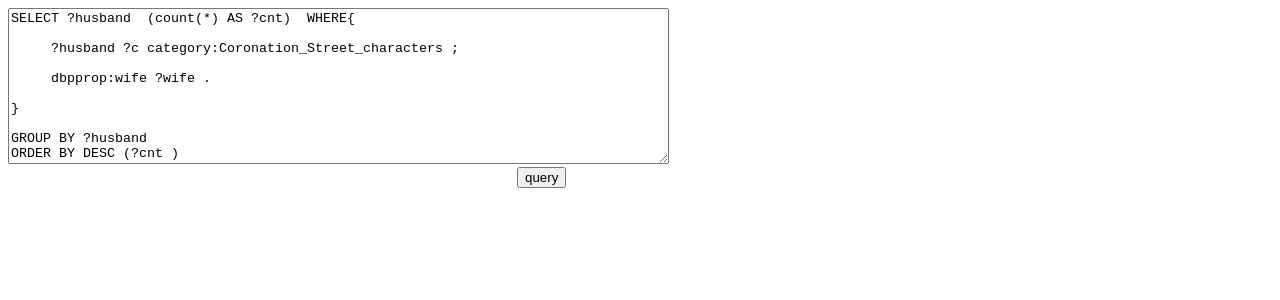
Repository: ds10/widgets-workspace
Page: DBpediawidget/src/index.html
These files come from the project's save history. The page is drawn as it stood at one moment and after the next save; the edit follows.
The browser window is 1280 px wide. The pictures show the whole page.

Above is the page before, as saved 2013-02-26 15:20:31.

After the next save:
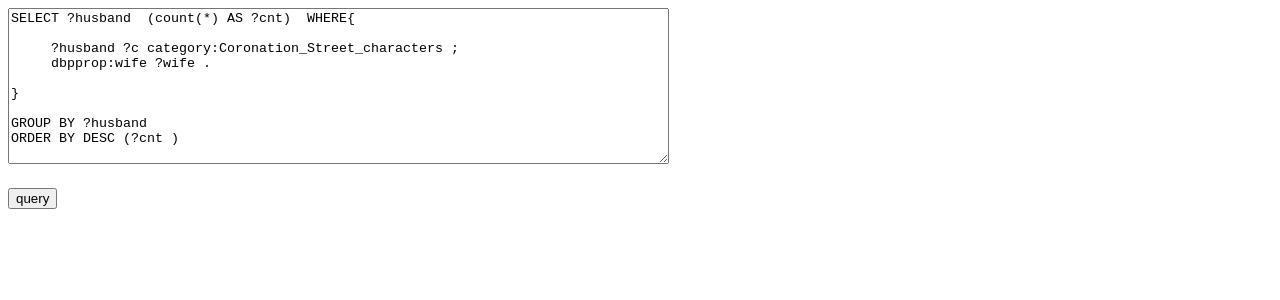
Saved 20 s later.
--- a/DBpediawidget/src/index.html
+++ b/DBpediawidget/src/index.html
@@ -2,22 +2,17 @@
 <html>
 <head>
     <title>{widgetname}</title>
-
     <link href="style/main.css" rel="stylesheet" media="all"/>
-
     <style type="text/css">
     </style>
-
     <script src="script/main.js"></script>
 </head>
-
 <body>
 <form Method="POST" Action="index.php" >
 <textarea name="query" cols=80 rows="10" />
 SELECT ?husband  (count(*) AS ?cnt)  WHERE{
 
      ?husband ?c category:Coronation_Street_characters ;
-
      dbpprop:wife ?wife .
 
 }
@@ -26,7 +21,7 @@
 ORDER BY DESC (?cnt )
 </textarea>
  <input name="output" value="gvds" type="radio" checked="checked" style="visibility:hidden" />
-  <br/><input name="service-uri" value="http://dbpedia.org/sparql" size="60" style="visibility:hidden" />
+  <br/><input name="service-uri" value="http://dbpedia.org/sparql" size="60" style="visibility:hidden" /> <br/>
     <input value="query" type="button" onclick="doSparql()"/><br />
 </form>
 
